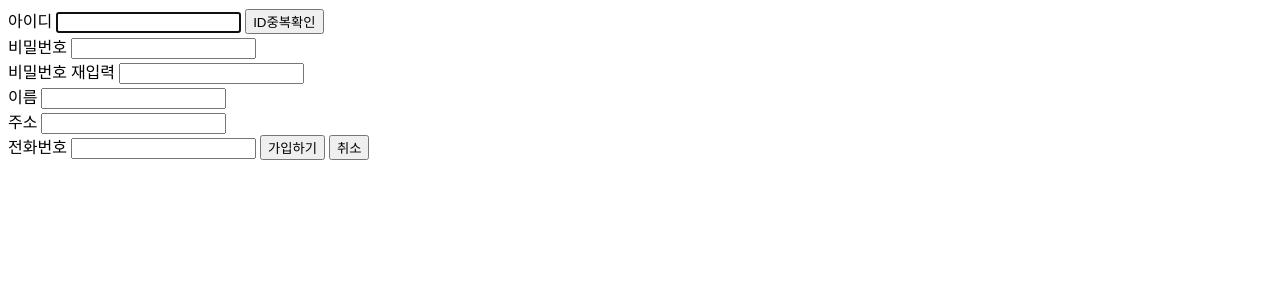
Repository: Tak-kuen/18-2
Page: http://localhost/studyjsp/ch11/registerForm.jsp
These files come from the project's save history. The page is drawn as it stood at one moment and after the next save; the edit follows.
The browser window is 1280 px wide. The pictures show the whole page.
The page is served by Tomcat 9.

Above is the page before, as saved 2018-10-31 07:35:23.

After the next save:
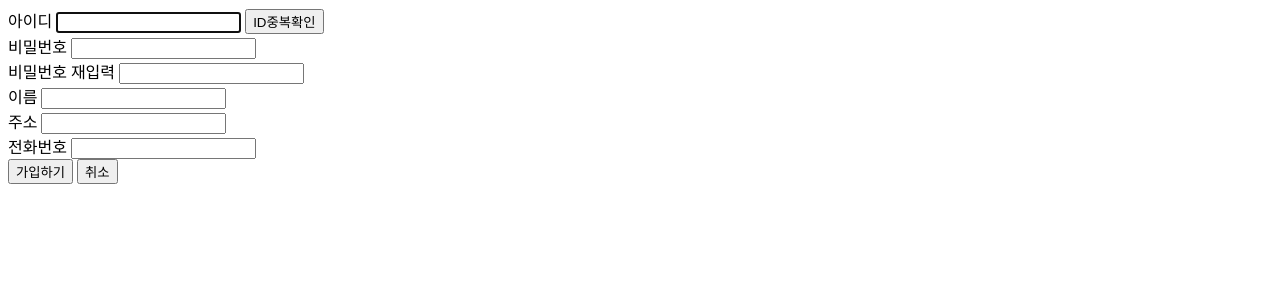
Saved 12 s later.
--- a/code/studyjsp/WebContent/ch11/registerForm.jsp
+++ b/code/studyjsp/WebContent/ch11/registerForm.jsp
@@ -19,14 +19,17 @@
 
 	<label for="repass">비밀번호 재입력</label>
 	<input id="repass" name="repass" type="password"  ><br/>
+
 	<label for="name">이름</label>
 	<input id="name" name="name" type="text" ><br/>
+
 	<label for="address">주소</label>
 	<input id="address" name="address" type="text"><br/>
+
 	<label for="tel">전화번호</label>
-	<input id="tel" name="tel" type="tel" size="20" maxlength="20" >
+	<input id="tel" name="tel" type="tel" ><br/>
 	<button id="process">가입하기</button>
-	<button id="cancel">취소</button>
+	<button id="cancel">취소</button><br/>
 
 </div>
 </body>
